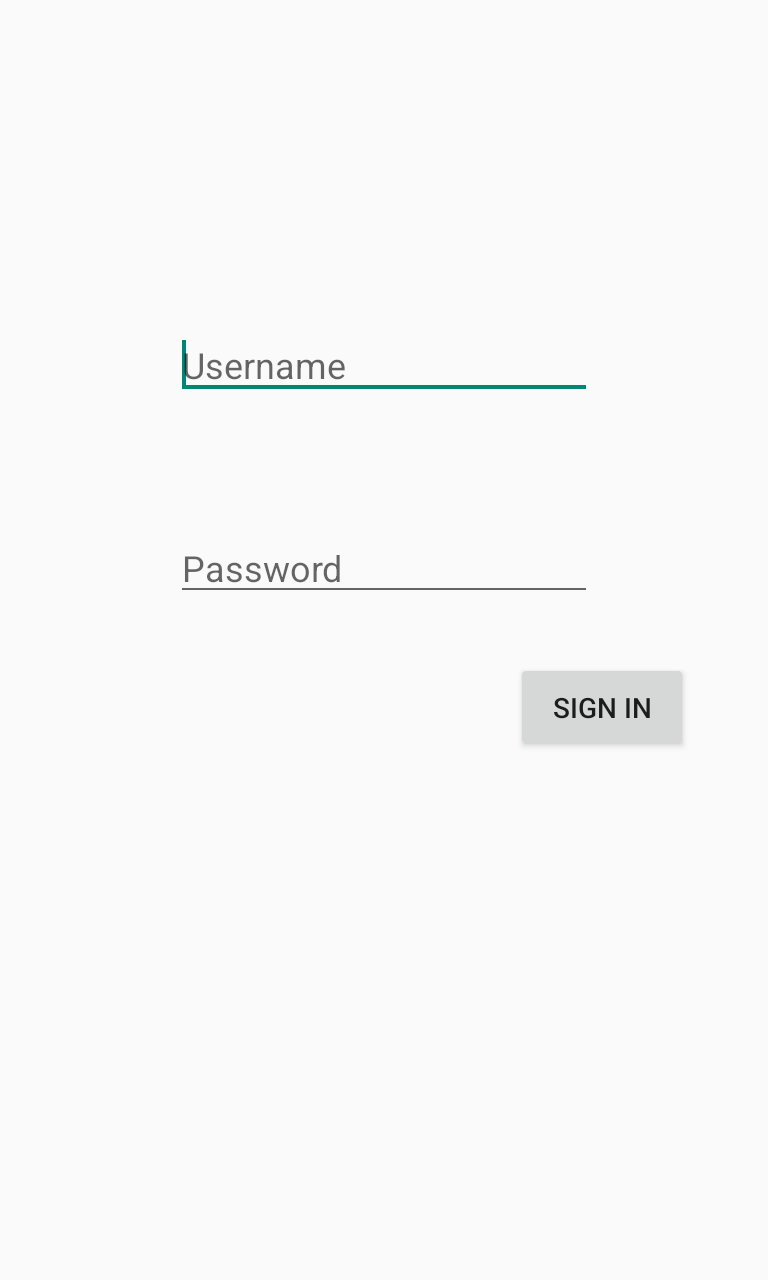
Repository: LogInc/oscar_app
Layout: Android/Oscar/res/layout/activity_login.xml
An editor plug-in stored every save of this project. The layout is shown before and after the next save, followed by the edit.
It is drawn on a 768 x 1280 px phone screen (xhdpi) without system bars, with theme AppTheme; the app's code is not run.

Above is the layout before, as saved 2015-03-05 09:40:43.

### Android/Oscar/res/layout/activity_login.xml
<RelativeLayout xmlns:android="http://schemas.android.com/apk/res/android"
    xmlns:tools="http://schemas.android.com/tools"
    android:layout_width="match_parent"
    android:layout_height="match_parent"
    tools:context="${relativePackage}.${activityClass}" >

    <Button
        android:id="@+id/SignIn"
        android:layout_width="wrap_content"
        android:layout_height="wrap_content"
        android:layout_alignParentRight="true"
        android:layout_below="@+id/username"
        android:layout_marginRight="39dp"
        android:layout_marginTop="128dp"
        android:text="@string/SignIn" />

    <EditText
        android:id="@+id/password"
        android:layout_width="wrap_content"
        android:layout_height="wrap_content"
        android:layout_alignLeft="@+id/username"
        android:layout_below="@+id/username"
        android:layout_marginTop="60dp"
        android:ems="10"
        android:hint="@string/Password" />

    <EditText
        android:id="@+id/username"
        android:layout_width="wrap_content"
        android:layout_height="wrap_content"
        android:layout_alignParentTop="true"
        android:layout_centerHorizontal="true"
        android:layout_marginTop="160dp"
        android:ems="10"
        android:hint="@string/Username" >

        <requestFocus />
    </EditText>

</RelativeLayout>

### Android/Oscar/res/values/strings.xml
<?xml version="1.0" encoding="utf-8"?>
<resources>

    <string name="app_name">Oscar</string>
    <string name="title_activity_login">Login</string>
    <string name="hello_world">Hello world!</string>
    <string name="Password">Password</string>
    <string name="Username">Username</string>
    <string name="SignIn">Sign In</string>
    <string name="title_activity_home">Home</string>
    <string name="Modes">House Modes</string>
    <string name="OscarHouse">Enter Oscar Home</string>
    <string name="title_activity_modes">Modes</string>
    <string name="Gathering">Gathering Mode</string>
    <string name="Power">Power Saving</string>
    <string name="LightsOut">Lights Out</string>
    <string name="Study">Study Mode</string>
    <string name="State">No State</string>

</resources>

Loaded but not shown: Android/Oscar/res/values/styles.xml (common file); Android/Oscar/res/values-v11/styles.xml (common file); Android/Oscar/res/values-v14/styles.xml (common file)

After the next save:
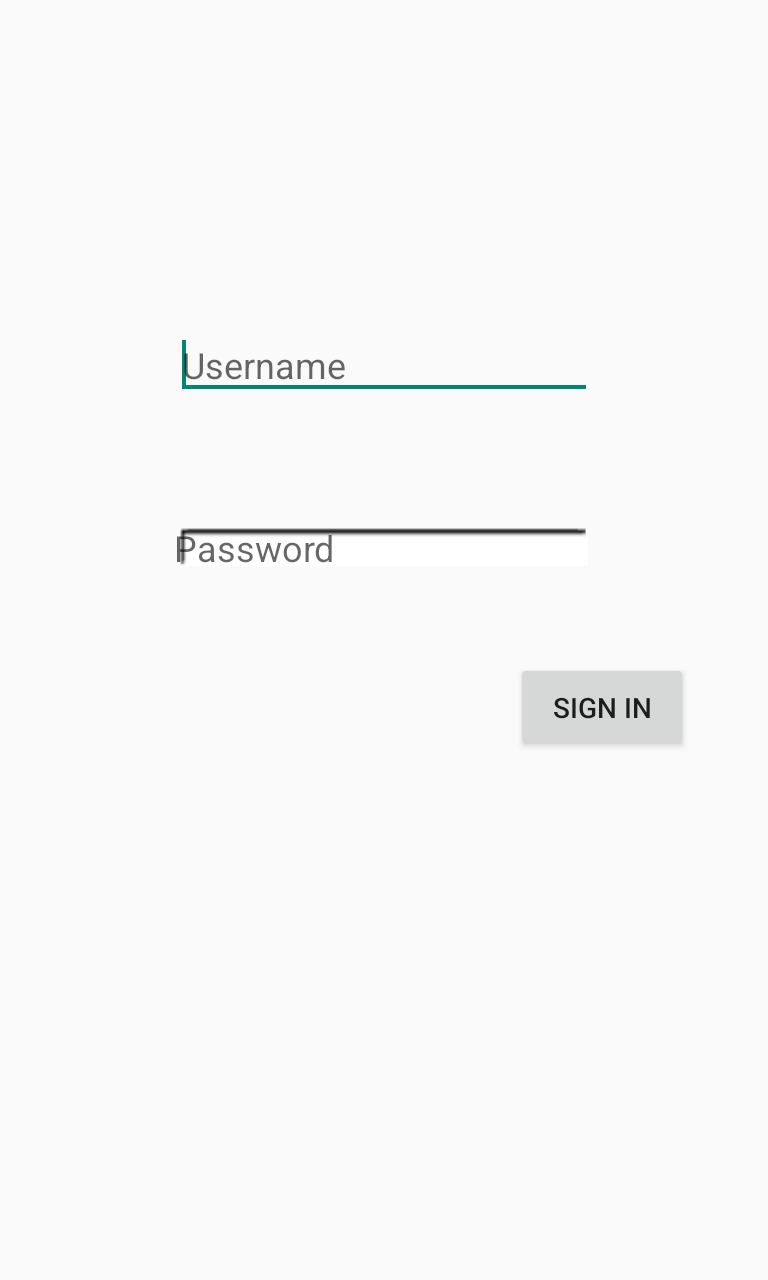
Saved 4 min 13 s later.
--- a/Android/Oscar/res/layout/activity_login.xml
+++ b/Android/Oscar/res/layout/activity_login.xml
@@ -21,6 +21,7 @@
         android:layout_alignLeft="@+id/username"
         android:layout_below="@+id/username"
         android:layout_marginTop="60dp"
+        android:background="@drawable/signup"
         android:ems="10"
         android:hint="@string/Password" />
 
